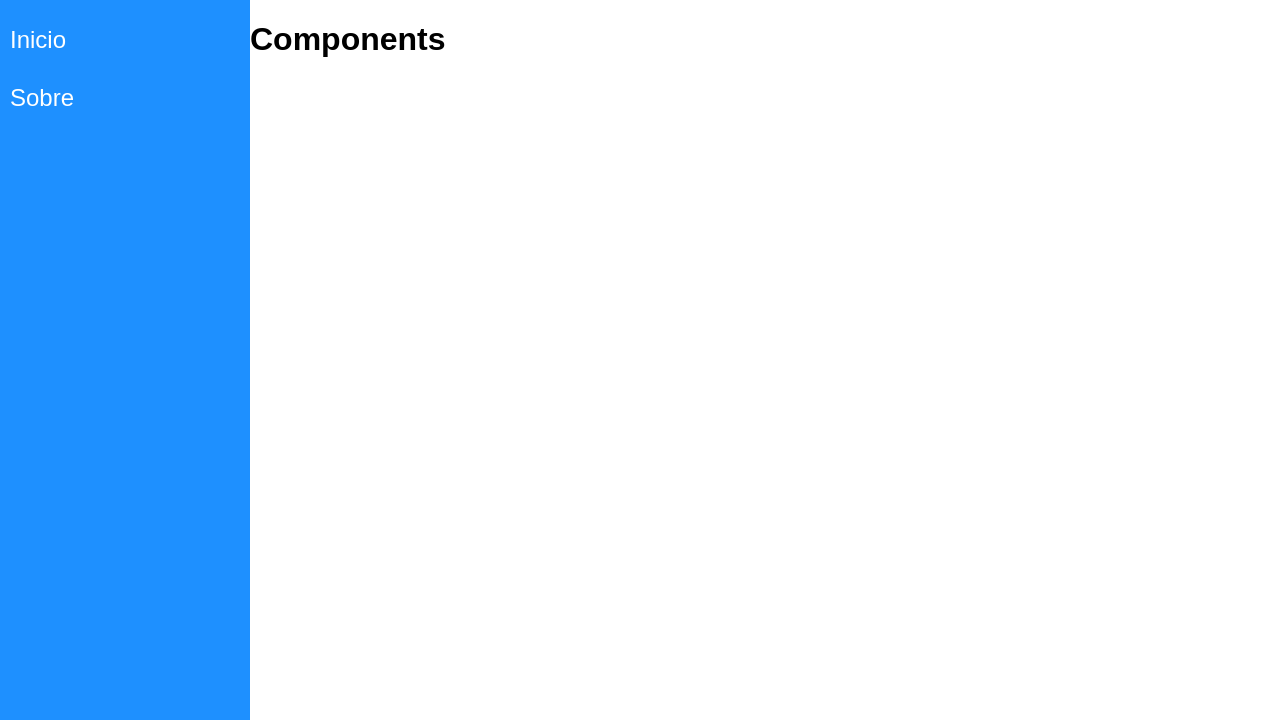
Repository: mateus-henrique-silva/estudos-react
Page: /
These files come from the project's save history. The page is drawn as it stood at one moment and after a run of saves; the edit follows.
The browser window is 1280 px wide. The pictures show the whole page.
The project was rebuilt for these pictures with package versions that can differ from the ones it lists, and the page was loaded fresh each time.

Above is the page before, as saved 2022-07-11 12:02:36.

### public/index.html
<!DOCTYPE html>
<html lang="en">
  <head>
    <meta charset="utf-8" />
    <link rel="icon" href="%PUBLIC_URL%/favicon.ico" />
    <meta name="viewport" content="width=device-width, initial-scale=1" />
    <title>React App</title>
  </head>
  <body>
    <noscript>You need to enable JavaScript to run this app.</noscript>
    <div id="root"></div>

  </body>
</html>

### src/index.js
import React from 'react';
import ReactDOM from 'react-dom/client';
import App from './Views/App';
import reportWebVitals from './reportWebVitals';
import "./index.css"

const root = ReactDOM.createRoot(document.getElementById('root'));
root.render(
  <React.StrictMode>
    <App />
  </React.StrictMode>
);

// If you want to start measuring performance in your app, pass a function
// to log results (for example: reportWebVitals(console.log))
// or send to an analytics endpoint. Learn more: https://bit.ly/CRA-vitals
reportWebVitals();

### src/Views/App.jsx
import React from "react"
import Content from "../Components/Content/Content";
import Menu from "../Components/Menu/Menu";
import "../Views/App.css"

function App() {
  return (
    <div className="App">
        <Menu/>
        <Content/>
    </div>
  );
}

export default App;

### src/index.css
*{
    font-family:sans-serif;
}

body{
    margin:0;

}

### src/Components/Content/Content.jsx
import React from 'react'

const Content = props => (
    <div className="content" >
       <h1>Components</h1>
    </div>

)
export default Content

### src/Components/Menu/Menu.jsx
import React from "react";
import "./Menu.css";

const Menu = (props) => (
  <aside className="Menu">
    <nav>
      <ul>
        <li>
          <a href="#">Inicio</a>
        </li>

        <li>
          <a href="#">Sobre</a>
        </li>
      </ul>
    </nav>
  </aside>
);

export default Menu;

### src/Views/App.css
.App{
    display:flex;

    height: 100vh;
}

### src/Components/Menu/Menu.css
.Menu{
    display:flex;
    flex-basis: 250px;
    background-color:#1e90ff;



}

.Menu ul{
    list-style:none;
    padding:0;
}

.Menu li{
    display:flex;

}

.Menu nav{
    flex:1;

}

.Menu li a{
    flex:1;
    margin-bottom: 10px;
    text-decoration: none;
    color: white;
    font-size:1.5rem;
    padding:10px;
}


.Menu li a:hover{
 background: #00000020;
}

Loaded but not shown: src/reportWebVitals.js (common file)

After the next 2 saves:
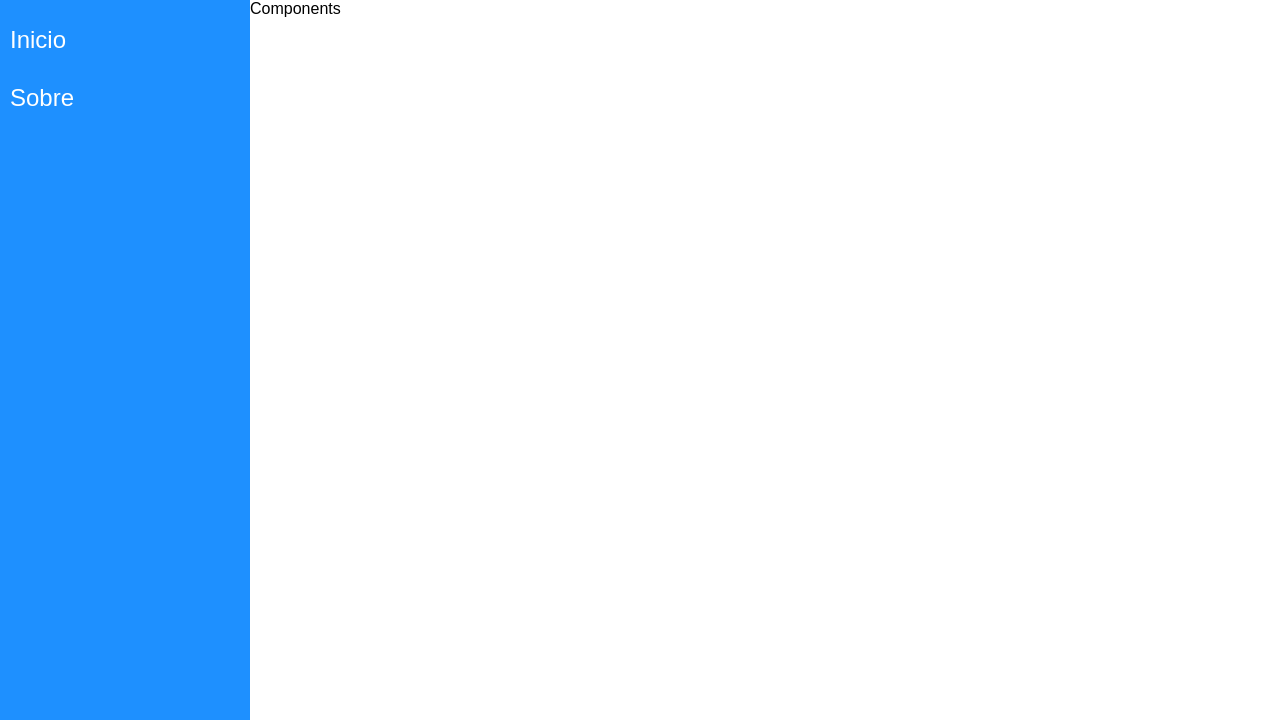
The 2 saves are shown as one change because they came seconds apart.
The last was saved 24 s later.
--- a/src/Components/Content/Content.jsx
+++ b/src/Components/Content/Content.jsx
@@ -2,7 +2,7 @@
 
 const Content = props => (
     <div className="content" >
-       <h1>Components</h1>
+       Components
     </div>
 
 )

After the save that followed:
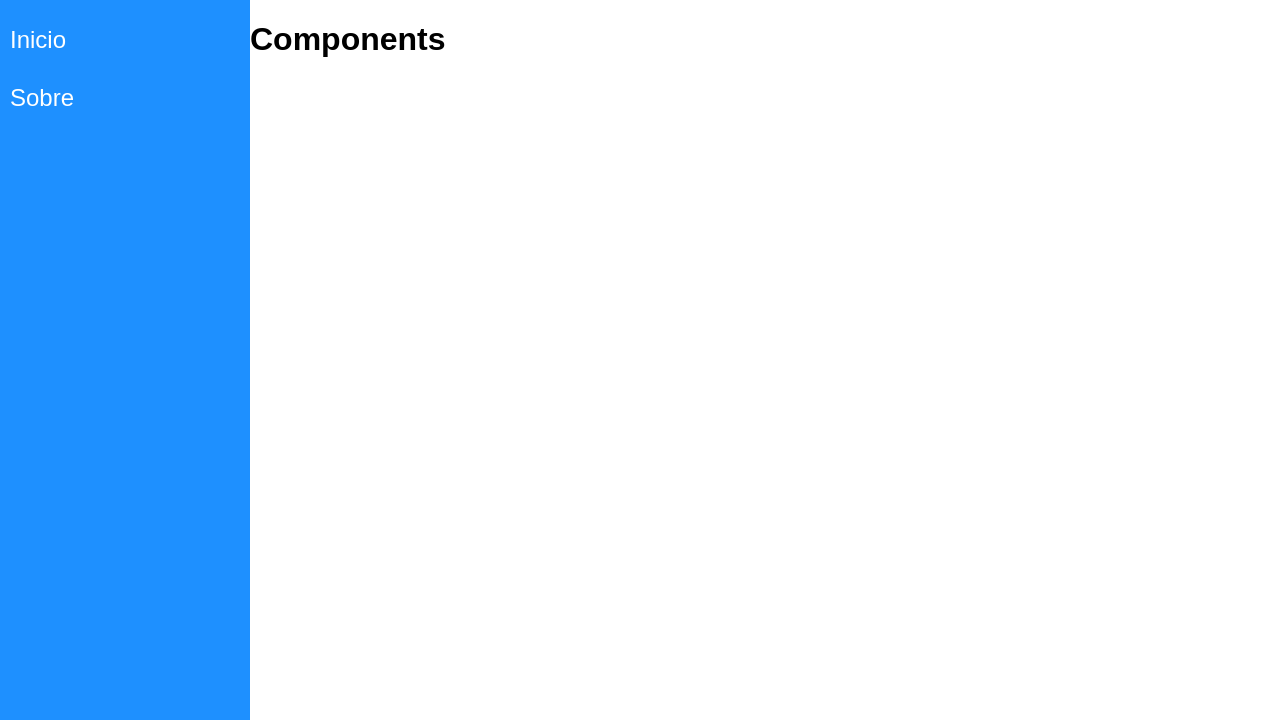
Saved 21 s later.
--- a/src/Components/Content/Content.jsx
+++ b/src/Components/Content/Content.jsx
@@ -2,7 +2,7 @@
 
 const Content = props => (
     <div className="content" >
-       Components
+       <h1>Components</h1>
     </div>
 
 )
